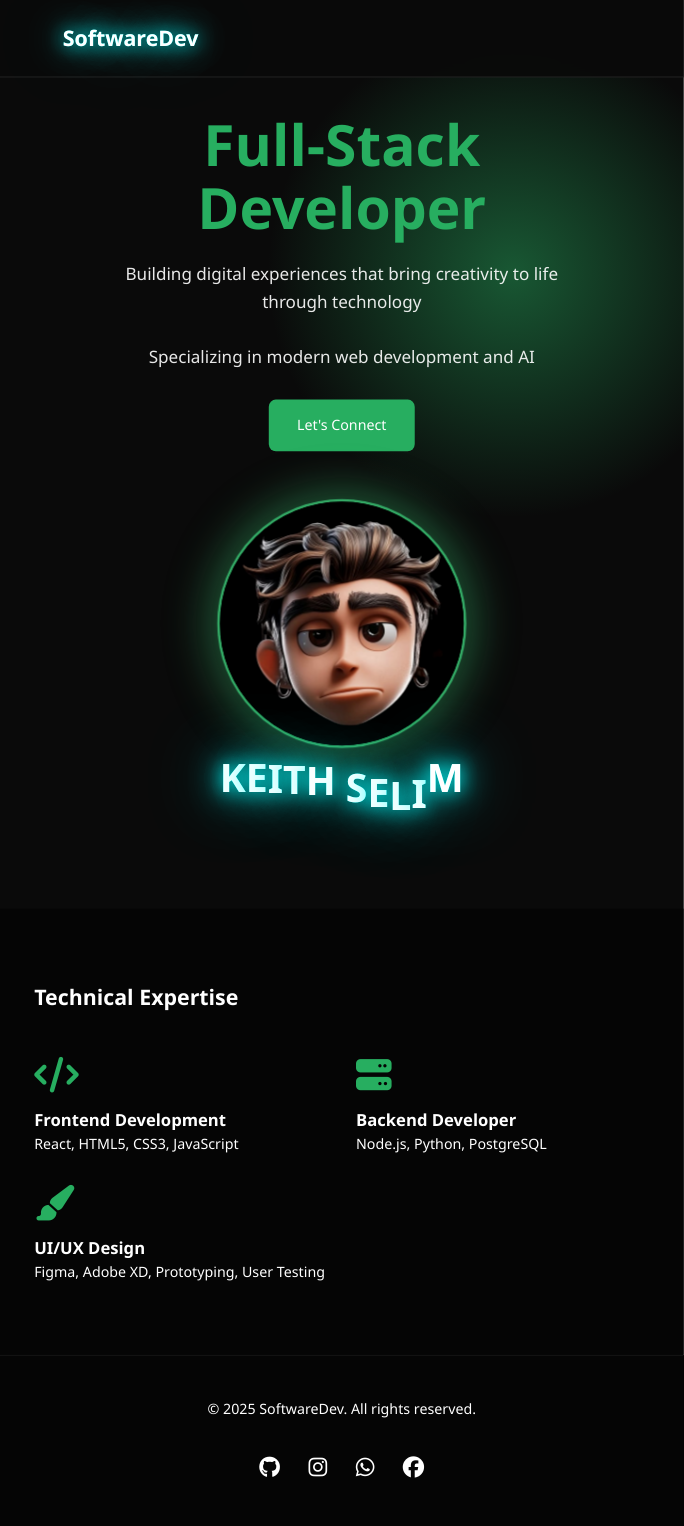
Repository: PEEZYBEE/my-react-portfolio
Page: /
The author's editor kept a copy of each file at every save. The page is drawn from the files as they stood at one save, then again after a run of saves.
The browser window is 768 px wide. The pictures show the whole page, at 89% of full size.
The project was rebuilt for these pictures with package versions that can differ from the ones it lists, and the page was loaded fresh each time. Also part of the build but not shown: vite.config.js.

Above is the page before, as saved 2025-04-21 02:26:03.

After the next 2 saves:
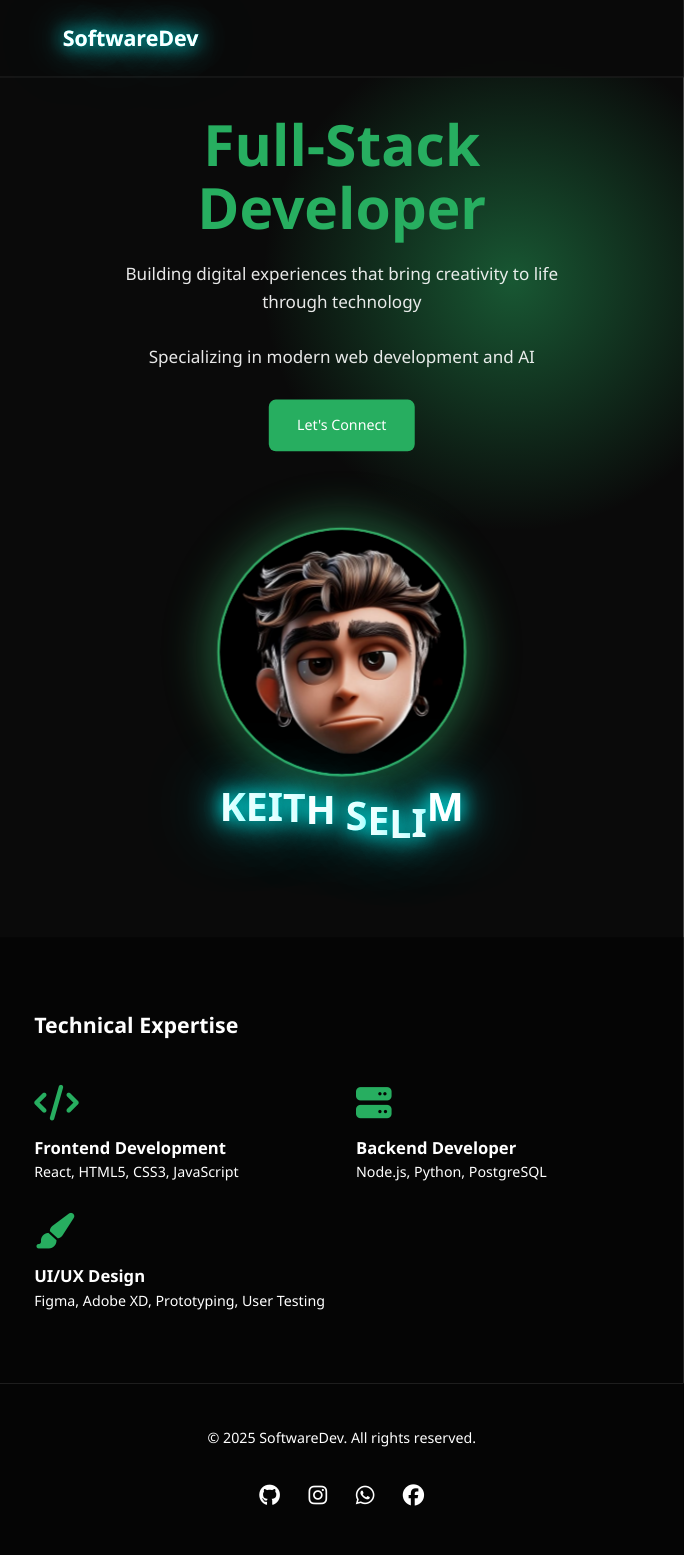
The 2 saves are shown as one change because they came seconds apart.
The last was saved 2 min 28 s later.
--- a/src/components/Hero.css
+++ b/src/components/Hero.css
@@ -16,7 +16,7 @@
     display: flex;
     justify-content: center;
     align-items: center;
-    margin-left: 30rem; /* Add margin to the left */
+    margin-left: 30rem; /* Keep this for larger screens */
   }
 
   .profile-wrapper {
@@ -44,54 +44,41 @@
     font-size: 44px;
     font-weight: bold;
     animation: bounce 0.8s ease infinite alternate;
+  }
 
+  @keyframes bounce {
+    0% { transform: translateY(0); }
+    100% { transform: translateY(-20px); }
+  }
 
+  .bouncing-letters span:nth-child(1) { animation-delay: 0.1s; }
+  .bouncing-letters span:nth-child(2) { animation-delay: 0.2s; }
+  .bouncing-letters span:nth-child(3) { animation-delay: 0.3s; }
+  .bouncing-letters span:nth-child(4) { animation-delay: 0.4s; }
+  .bouncing-letters span:nth-child(5) { animation-delay: 0.5s; }
+  .bouncing-letters span:nth-child(6) { animation-delay: 0.6s; }
+  .bouncing-letters span:nth-child(7) { animation-delay: 0.7s; }
+  .bouncing-letters span:nth-child(8) { animation-delay: 0.8s; }
+  .bouncing-letters span:nth-child(9) { animation-delay: 0.9s; }
+  .bouncing-letters span:nth-child(10) { animation-delay: 1.0s; }
 
+  @media (max-width: 768px) {
+    .hero {
+      flex-direction: column; /* Stack items vertically on smaller screens */
+      align-items: center; /* Center content */
     }
 
-    @keyframes bounce {
-        0% { transform: translateY(0) }
-        100% { transform: translateY(-20px) }
-
+    .hero-image-container {
+      margin-left: 0; /* Reset left margin for small screens */
+      margin-top: 2rem; /* Add some space at the top */
+      justify-content: center; /* Center the content */
     }
 
-    .bouncing-letters span:nth-child(1)
-    { animation-delay:  0.1s; }
+    .profile-img {
+      width: 150px; /* Adjust profile image size for small screens */
+    }
 
-
-    .bouncing-letters span:nth-child(2)
-    { animation-delay:  0.2s; }
-
-
-    .bouncing-letters span:nth-child(3)
-    { animation-delay:  0.3s; }
-
-
-    .bouncing-letters span:nth-child(4)
-    { animation-delay:  0.4s; }
-
-
-    .bouncing-letters span:nth-child(5)
-    { animation-delay: 0.5s; }
-
-
-    .bouncing-letters span:nth-child(6)
-    { animation-delay:  0.6s; }
-
-    .bouncing-letters span:nth-child(7)
-    { animation-delay:  0.7s; }
-
-    .bouncing-letters span:nth-child(8)
-    { animation-delay:  0.8s; }
-
-    .bouncing-letters span:nth-child(9)
-    { animation-delay:  0.9s; }
-
-    .bouncing-letters span:nth-child(10)
-    { animation-delay:  1.0s; }
-  @media (max-width: 768px) {
-    .hero-image-container {
-      margin-left: 0; /* Reset for small screens */
-      justify-content: center;
+    .bouncing-letters {
+      font-size: 30px; /* Adjust text size for small screens */
     }
   }
